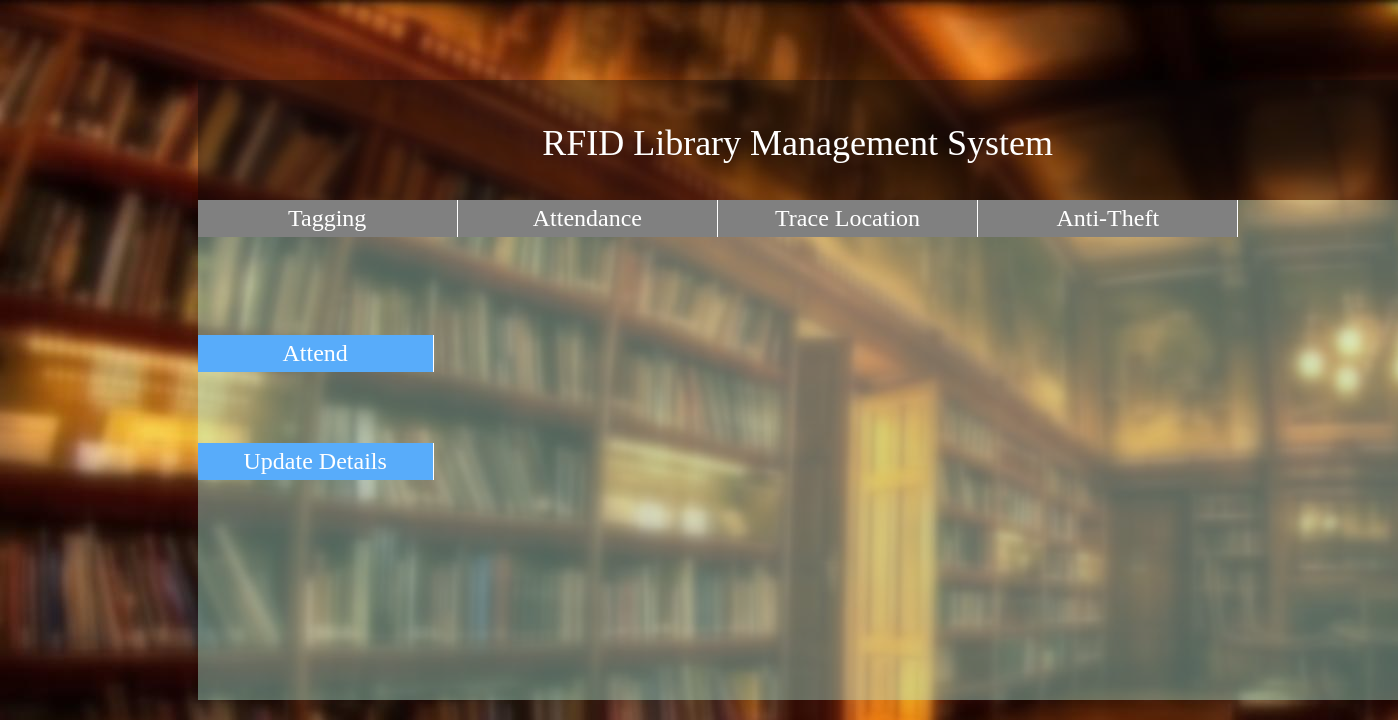
Repository: vigineshs/A-Smart-Data-Analyzer-for-Library-Management-System
Page: http://localhost/librarymgmt/attend.jsp
An editor plug-in stored every save of this project. The page is shown before and after the next save, followed by the edit.
The browser window is 1280 px wide. The page is 1398 px wide, so the pictures cover 1398 px, including what lies to the right of the window. The pictures show the whole page.
The page is served by Tomcat 9.

Above is the page before, as saved 2013-02-11 16:06:16.

After the next save:
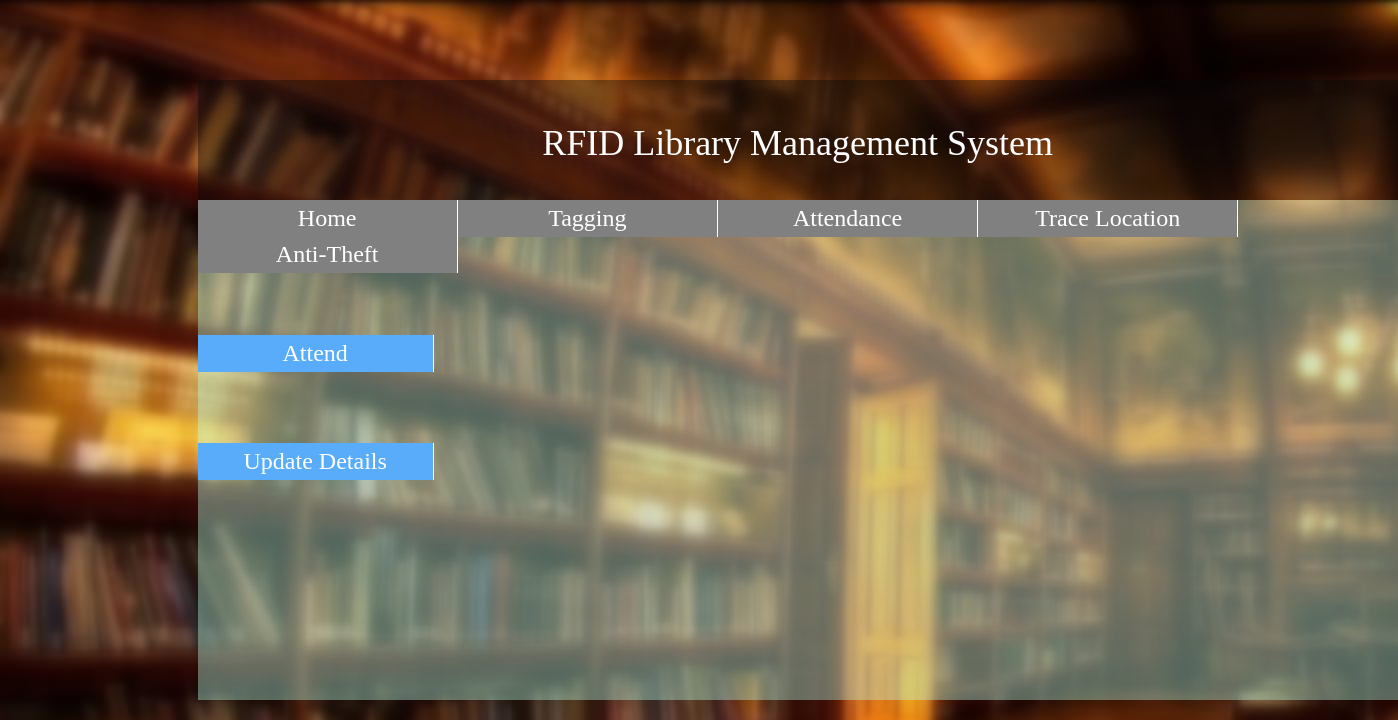
Saved 53 s later.
--- a/PassiveRFID/CS203-Version 1.0.6/Demo Applications/Dot Net C#/Demo Applications Source Code/RFID/librarymgmt/WebContent/attend.jsp
+++ b/PassiveRFID/CS203-Version 1.0.6/Demo Applications/Dot Net C#/Demo Applications Source Code/RFID/librarymgmt/WebContent/attend.jsp
@@ -15,6 +15,7 @@ RFID Library Management System
 </div>
 <div id="content">
 <ul>
+<li><a href="index.jsp">Home</a></li>
 <li><a href="tag.jsp">Tagging</a></li>
 <li><a href="attend.jsp">Attendance</a></li>
 <li><a href="locate.jsp">Trace Location</a></li>
